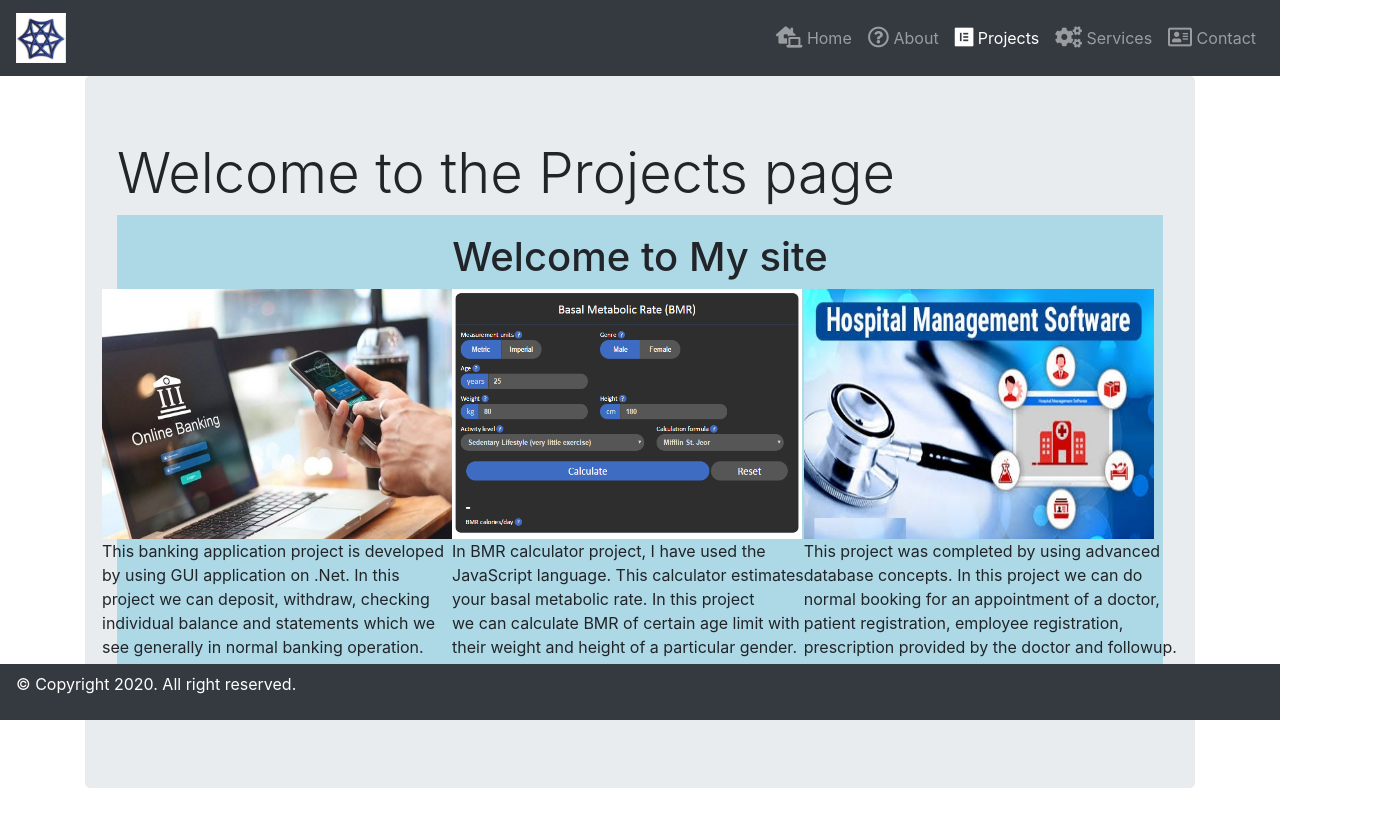
Repository: laxmangothe2020/COMP229Assignment
Page: http://localhost/projects
These files come from the project's save history. The page is drawn as it stood at one moment and after the next save; the edit follows.
The browser window is 1280 px wide. The page is 1280 px wide, then 1387 px, then 1280 px, so the pictures cover 1387 px, including what lies to the right of the window. The pictures show the whole page.
The page is served by the project's Node server (server.js). Other server files are loaded and not shown.

Above is the page before, as saved 2021-02-11 18:19:03.

### views/index.ejs

<%- include partials/header.ejs %>

   <%- include partials/main_nav.ejs %>

      <!-- Main Contain -->
   <main class="container">
    <div class="jumbotron">
    <h1 class="display-4"> Welcome to the <%= title %> page </h1>
    <!--Using Switch case all infornation passed through here-->
      <% switch (title) {
        case 'Home' : %>
        <%- include partials/home.ejs %>
                <% break;

        case 'About' : %>
        <%- include partials/about.ejs %>
                <% break;

        case 'Projects' : %>
        <%- include partials/projects.ejs %>
                <% break;

        case 'Services' : %>
        <%- include partials/services.ejs %>
                <% break;

        case 'Contact' : %>
        <%- include partials/contact.ejs %>
              <% break;
       } %>
      <hr class="my-4">
    </div>
  </main>

   <%- include partials/bottom_nav.ejs %>


    <%- include partials/footer.ejs %>

### views/partials/header.ejs

<!DOCTYPE html>
<html lang="en">
  <head>
   <meta charset="UTF-8">
   <meta name="viewport" content="with=device-width, initial-scale=1.0">
    <title><%= title %></title>

  <!-- CSS Section-->
  <link rel="stylesheet" href="/bootstrap/dist/css/bootstrap.min.css">
  <link rel="stylesheet" href="/@fortawesome/fontawesome-free/css/all.min.css">
  <link rel='stylesheet' href='/Content/app.css'/>

</head>
<body>

### views/partials/main_nav.ejs
<!-- Main Navigation -->
   <nav class="navbar navbar-expand-lg navbar-dark bg-dark">
      <a class="navbar-brand" href="/"><img src="./Assets/images/hexagon.jpg" alt="Hexagon picture" width="50" height="50"></a>
      <button class="navbar-toggler" type="button" data-toggle="collapse" data-target="#navbarSupportedContent" aria-controls="navbarSupportedContent" aria-expanded="false" aria-label="Toggle navigation">
       <span class="navbar-toggler-icon"></span>
     </button>

     <div class="collapse navbar-collapse" id="navbarSupportedContent">
        <ul class="navbar-nav ml-auto">

          <% if (title == "Home") { %>
        <li class="nav-item active">
        <% } else { %>
        <li class="nav-item">
        <% } %>
          <a class="nav-link" href="/home"><i class="fas fa-lg fa-laptop-house"></i> Home </a>
        </li>

        <% if (title == "About") { %>
          <li class="nav-item active">
          <% } else { %>
          <li class="nav-item">
          <% } %>
        <a class="nav-link" href="/about"><i class="far fa-lg fa-question-circle"></i> About </a>
        </li>

        <% if (title == "Projects") { %>
          <li class="nav-item active">
          <% } else { %>
          <li class="nav-item">
          <% } %>
        <a class="nav-link" href="/projects"><i class="fab fa-lg fa-elementor"></i> Projects </a>
        </li>

        <% if (title == "Services") { %>
          <li class="nav-item active">
          <% } else { %>
          <li class="nav-item">
          <% } %>
        <a class="nav-link" href="/services"><i class="fas fa-lg fa-cogs"></i> Services </a>
        </li>

        <% if (title == "Contact") { %>
          <li class="nav-item active">
          <% } else { %>
          <li class="nav-item">
          <% } %>
        <a class="nav-link" href="/contact"><i class="far fa-lg fa-address-card"></i> Contact </a>

        </li>

      </div>
    </nav>

### views/partials/home.ejs
<body>


   <div style="background-color: lightblue;margin-bottom: 10px">
                    <h3 style="padding-left: 40px;padding-top:10px;color: #AA7439"><h1 style="text-align:center;">Welcome to My site</h1>
                    <div style="width: 100%;height:100%;background-color:lightblue;">
                        <img src="./Assets/images/homeimg.png" alt="3D Picture" width="450" style="float: right;margin-left: 20px;margin-right:20px;">
                       <p style="padding-left:15px; padding-right: 10px; color:#696969;margin:20px;text-align: justify;line-height:1.7;padding-bottom: 20px;">

                           Your new MyWebsite Now is here! Let's build and publish your website together. We developed this series of help articles to introduce you to the basic functions of web design with your MyWebsite Now.Our industry software experts have years of experience building business automation web solutions for a number of verticals. We use custom APIs and our mastery of web services to build web-based automation services for applications like inventory control, digital marketing and customer relationship management.
                           <br> <br><b> MISSION STATEMENT </b><br><br>
                            My mission is to have a successful careers in software engineering and graduate education with a thorough understanding of software engineering and experiential learning opportunities to apply that knowledge to solve real-world problems.
                                 </p>

                    </div>
                </div>
        <p>
         <h5 style="text-align:center;"><a href="/about"> About Page</a></h5>
        </p>
                <div >
                <div class="social" style="float:left;clear:none;float: right;">

                   <img src="./Assets/images/fbcolor.png">

                   <img src="./Assets/images/InstaColor.png">

                    <img src="./Assets/images/twitterColor.png">
                    <img src="./Assets/images/gPlusColor.png">
            </div>
            </div>

</body>

### views/partials/about.ejs

         <div id="contentEditable">


                    <div style="background-color: lightblue;">
                        <h3 style="padding-left: 40px;padding-top:20px;color: #AA7439"><h3 style="text-align:center;"> About Me </h3>
                        <div style="width: 100%;height:100%;background-color:lightblue;">
                            <img src="./Assets/images/laxman.jpeg" alt="Security for Life" width="300" style="float: right;margin-left: 30px;margin-right:30px">
                           <p style="padding-left:15px; padding-right: 10px; color:#696969;margin:20px;text-align: justify;line-height:1.7;padding-bottom: 20px;">
                             Hello, my name is Laxman Gothe. Currently, I am a student of Software Engineering Technology in the 3rd semester. I am from Nepal. I believe that learning never ends. I love hiking, rafting, and traveling to new places in my free time.
                             <br>
                             <br>
                             Regarding to my education, I had completed a bachlor's degree in Electronics and Communication Engineering fro Tribhuvan University, Nepal.
                             <br>
                             <br>
                             I had enrolled in Software Engineering Technology at Centennial College to a software developer and currently I am enrolled in 3rd semester. Software technology is my first subject that I am taking in Canada and I am enjoying it as it is my part of interest too.
                             <br>
                             <br>
                             Thank You
                             <br>
                             <br>
                             With Regards
                             <br>
                             <br>
                             Laxman Gothe
                             <br>
                             <br>
                             301102988

                           </p>
                       </div>


                    </div>
        </div>
<p>
<h5 style="text-align:center;"><a href="/public/PDF/resume.pdf"> Resume </a></h5>
</p>

### views/partials/projects.ejs
<body>
 <div style="background-color: lightblue;margin-bottom: 15px">
                    <h3 style="padding-left: 40px;padding-top:10px;color: #AA7439"><h1 style="text-align:center;">Welcome to My site</h1>
                    <div style="width: 100%;height:100%;background-color:lightblue;">
  <div id="contentEditable">

      <div class="row">
       <div class="column">
           <img src="./Assets/images/banking.jpg" width="350" height="250">
        <p> This banking application project is developed<br>
            by using GUI application on .Net. In this  <br>
            project we can deposit, withdraw, checking<br>
            individual balance and statements which we <br>
            see generally in normal banking operation.</p>
      </div>
     <div class="column">
          <img src="./Assets/images/bmr.png" width="350" height="250" >
        <p> In BMR calculator project, I have used the<br>
            JavaScript language. This calculator estimates <br>
            your basal metabolic rate. In this project <br>
            we can calculate BMR of certain age limit with <br>
            their weight and height of a particular gender.</p>
      </div>
    <div class="column">
           <img src="./Assets/images/hospital.jpg" width="350" height="250" >
        <p> This project was completed by using advanced<br>
            database concepts. In this project we can do <br>
            normal booking for an appointment of a doctor,<br>
            patient registration, employee registration,<br>
            prescription provided by the doctor and followup.</p>
     </div>
  </div>
 </div>
 </div>
 </div>
 </body>

### views/partials/services.ejs


<div class="row">
    <div class="column">
        <img src="./Assets/images/mobile.jpg" width="350" height="250" >
    </div>
    <div class="column">
        <img src="./Assets/images/game.jpg" width="350" height="250" >
    </div>
    <div class="column">
        <img src="./Assets/images/quality.jpg" width="350" height="250" >
    </div>
    <br><p><b>Services we provides are:</b></p><br>
    <br><ul style="list-style-image:url(images/bullet.png);">
    <li>Mobile Development  📱</li>
    <li>Game Development  🎮</li>
    <li>Quality Assurance  🎖️</li>
    <li>Website Design  🌐</li>
    <li>Technical Support  ♻️</li>
    </ul>
</div>

### views/partials/contact.ejs
<body>
 <div style="background-color: lightblue;margin-bottom: 10px">
                    <h3 style="padding-left: 40px;padding-top:10px;color: #AA7439"><h1 style="text-align:center;">Welcome to My site</h1>
                    <div style="width: 100%;height:100%;background-color:lightblue;">
<div class="container">
    <h5 class="display-5">Please Fillup the following details</h5>
    <div id="errorMessage" class="alert alert-danger" role="alert" hidden>

    </div>
    <hr>
    <form id="conactForm">
      <div class="form-group">
        <label for="firstName">First Name</label>
        <input type="text" class="form-control" id="firstName" name="firstName" aria-describedby="firstName"
        placeholder="Enter First Name" required autofocus>
      </div>

      <div class="form-group">
        <label for="lastName">Last Name</label>
        <input type="text" class="form-control" id="lastName" name="lastName" aria-describedby="lastName"
        placeholder="Enter Last Name" required>
      </div>

      <div class="form-group">
        <label for="contactNumber">Contact Number</label>
        <input type="tel" class="form-control" id="contactNumber" name="contactNumber" aria-describedby="contactNumber"
        placeholder="Enter Contact Number" required>
      </div>

      <div class="form-group">
        <label for="emailAddress">Email address</label>
        <input type="email" class="form-control" id="emailAddress" name="emailAddress" aria-describedby="emailAddress"
        placeholder="Enter Email" required>
      </div>

      <div class="form-group">
        <label for="shortMessage">Your Message</label>
        <textarea class="form-control" id="shortMessage"  name="shortMessage" rows="3" aria-describedby="shortMessage" placeholder="--If you have Short message, please write here--" required></textarea></textarea>
      </div>

      <button type="button" class="btn btn-outline-success">Submit</button></a>
      <!--<button id="submitButton" type="submit" class="btn btn-primary btn-lg"><i class="fas fa-share-square"></i> Send</button> -->
      <button type="button" class="btn btn-outline-danger">Cancel</button>
    </form>
  </div>
  </div>
  </div>
  </body>

### views/partials/bottom_nav.ejs
<!-- Bottom Nav -->

    <footer>

       <nav class="navbar fixed-bottom navbar-dark bg-dark">
           <p style="color:white;">&copy; Copyright 2020. All right reserved.</p>
       </nav>

    </footer>

### views/partials/footer.ejs
<!-- Script Section-->
    <script src="/jquery/dist/jquery.min.js"></script>
    <script src="/bootstrap/dist/js/bootstrap.min.js"></script>
    <script src="/Scripts/app.js"></script>
 </body>
</html>

### server.js
#!/usr/bin/env node

/**
 * Module dependencies.
 */

let app = require('./app');
let debug = require('debug')('week4:server');
let http = require('http');

/**
 * Get port from environment and store in Express.
 */

let port = normalizePort(process.env.PORT || '3000');
app.set('port', port);

/**
 * Create HTTP server.
 */

let server = http.createServer(app);

/**
 * Listen on provided port, on all network interfaces.
 */

server.listen(port);
server.on('error', onError);
server.on('listening', onListening);

/**
 * Normalize a port into a number, string, or false.
 */

function normalizePort(val) {
  let port = parseInt(val, 10);

  if (isNaN(port)) {
    // named pipe
    return val;
  }

  if (port >= 0) {
    // port number
    return port;
  }

  return false;
}

/**
 * Event listener for HTTP server "error" event.
 */

function onError(error) {
  if (error.syscall !== 'listen') {
    throw error;
  }

  let bind = typeof port === 'string'
    ? 'Pipe ' + port
    : 'Port ' + port;

  // handle specific listen errors with friendly messages
  switch (error.code) {
    case 'EACCES':
      console.error(bind + ' requires elevated privileges');
      process.exit(1);
      break;
    case 'EADDRINUSE':
      console.error(bind + ' is already in use');
      process.exit(1);
      break;
    default:
      throw error;
  }
}

/**
 * Event listener for HTTP server "listening" event.
 */

function onListening() {
  let addr = server.address();
  let bind = typeof addr === 'string'
    ? 'pipe ' + addr
    : 'port ' + addr.port;
  debug('Listening on ' + bind);
}

### routes/index.js
var express = require('express');
var router = express.Router();

/* GET home page. */
router.get('/', function(req, res, next) {
  res.render('index', { title: 'Home'});
});

/* GET home page. */
router.get('/home', function(req, res, next) {
  res.render('index', { title: 'Home'});
});

/* GET About page. */
router.get('/about', function(req, res, next) {
  res.render('index', { title: 'About'});
});

/* GET Products page. */
router.get('/projects', function(req, res, next) {
  res.render('index', { title: 'Projects'});
});

/* GET Services page. */
router.get('/services', function(req, res, next) {
  res.render('index', { title: 'Services'});
});


/* GET Contact us page. */
router.get('/contact', function(req, res, next) {
  res.render('index', { title: 'Contact'});
});

module.exports = router;

### app.js
//installed third party packages
let createError = require('http-errors');
let express = require('express');
let path = require('path');
let cookieParser = require('cookie-parser');
let logger = require('morgan');

let indexRouter = require('./routes/index');
let usersRouter = require('./routes/users');

let app = express();

// view engine setup
app.set('views', path.join(__dirname, 'views'));
app.set('view engine', 'ejs');

app.use(logger('dev'));
app.use(express.json());
app.use(express.urlencoded({ extended: false }));
app.use(cookieParser());
app.use(express.static(path.join(__dirname, 'public')));
app.use(express.static(path.join(__dirname, 'node_modules')));

app.use('/', indexRouter);
app.use('/users', usersRouter);
app.use('/public/images', express.static('./public/images') ) ;
app.use('/public/PDF', express.static('./public/PDF'));
app.use('/views/partials', express.static('./views/partials'));


// catch 404 and forward to error handler
app.use(function(req, res, next) {
  next(createError(404));
});

// error handler
app.use(function(err, req, res, next) {
  // set locals, only providing error in development
  res.locals.message = err.message;
  res.locals.error = req.app.get('env') === 'development' ? err : {};

  // render the error page
  res.status(err.status || 500);
  res.render('error');
  res.render('error', {title: 'Error'});
});

module.exports = app;

### public/Content/app.css
/* Custom CSS goes here */

### public/Scripts/app.js
// IIFE
(function(){
    function start()
    {
        console.log("App started...")
    }
    window.addEventListener("load", start);

})();

After the next save:
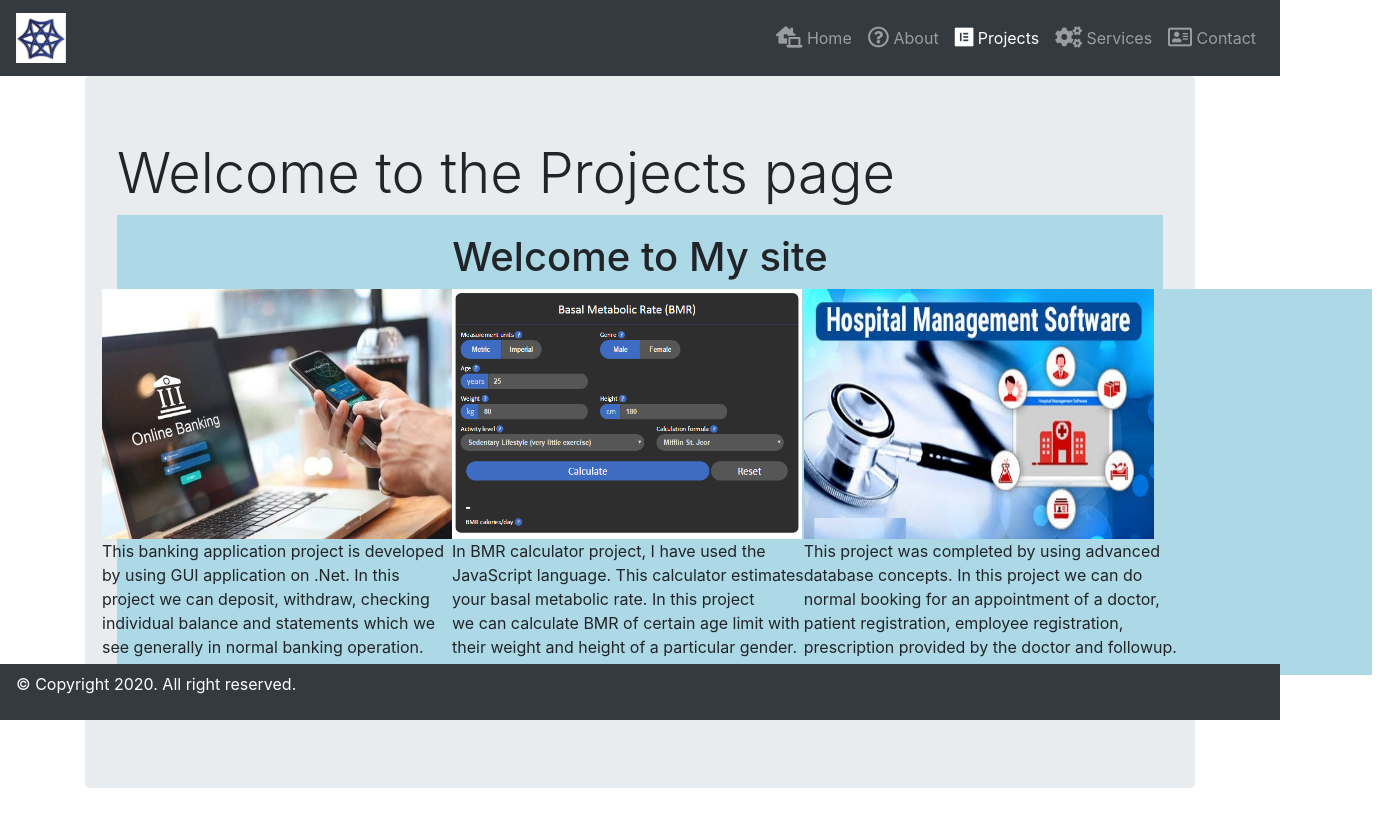
Saved 19 s later.
--- a/views/partials/projects.ejs
+++ b/views/partials/projects.ejs
@@ -1,7 +1,7 @@
 <body>
  <div style="background-color: lightblue;margin-bottom: 15px">
                     <h3 style="padding-left: 40px;padding-top:10px;color: #AA7439"><h1 style="text-align:center;">Welcome to My site</h1>
-                    <div style="width: 100%;height:100%;background-color:lightblue;">
+                    <div style="width: 120%;height:100%;background-color:lightblue;">
   <div id="contentEditable">
 
       <div class="row">

After the save that followed:
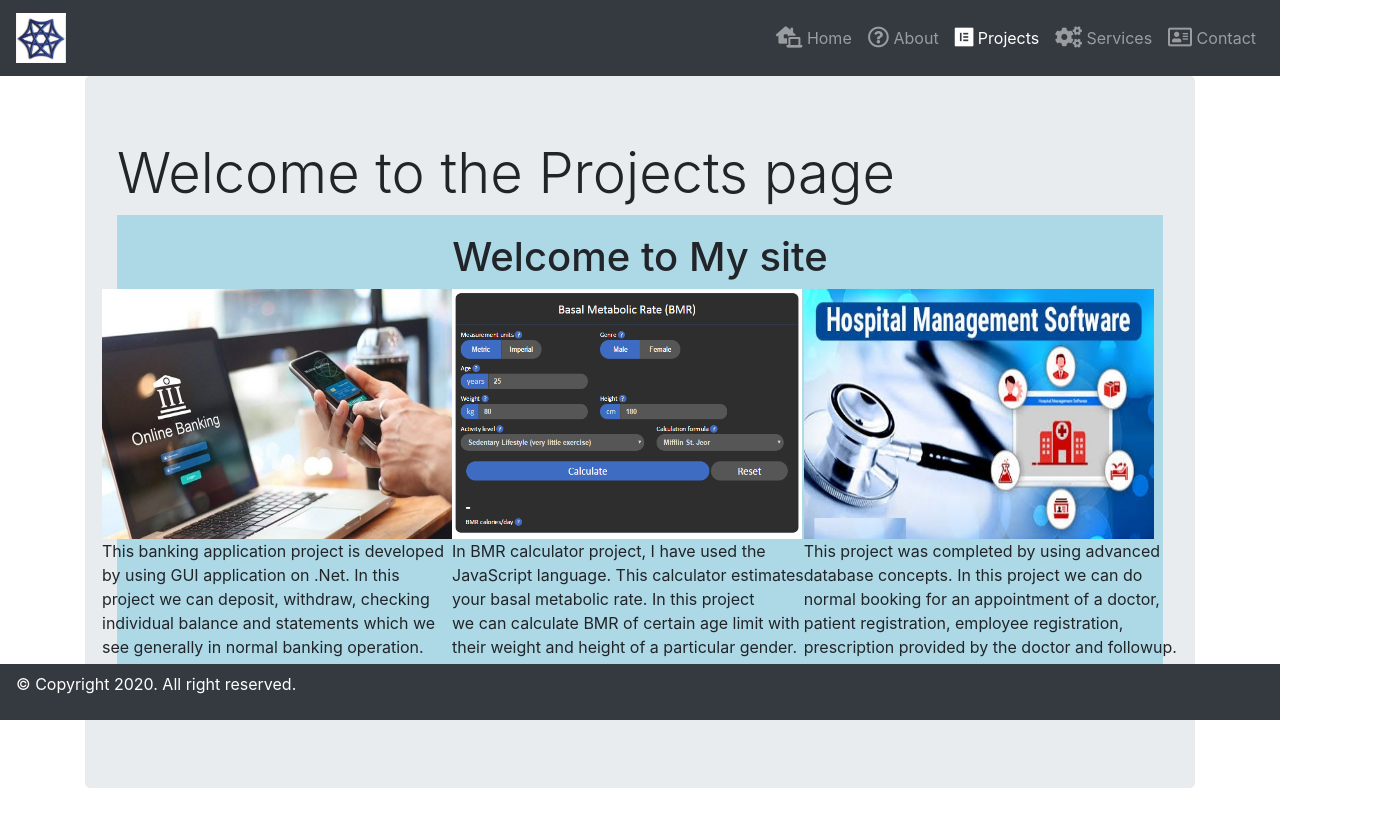
Saved 21 s later.
--- a/views/partials/projects.ejs
+++ b/views/partials/projects.ejs
@@ -1,7 +1,7 @@
 <body>
  <div style="background-color: lightblue;margin-bottom: 15px">
                     <h3 style="padding-left: 40px;padding-top:10px;color: #AA7439"><h1 style="text-align:center;">Welcome to My site</h1>
-                    <div style="width: 120%;height:100%;background-color:lightblue;">
+                    <div style="width: 100%;height:100%;background-color:lightblue;">
   <div id="contentEditable">
 
       <div class="row">
